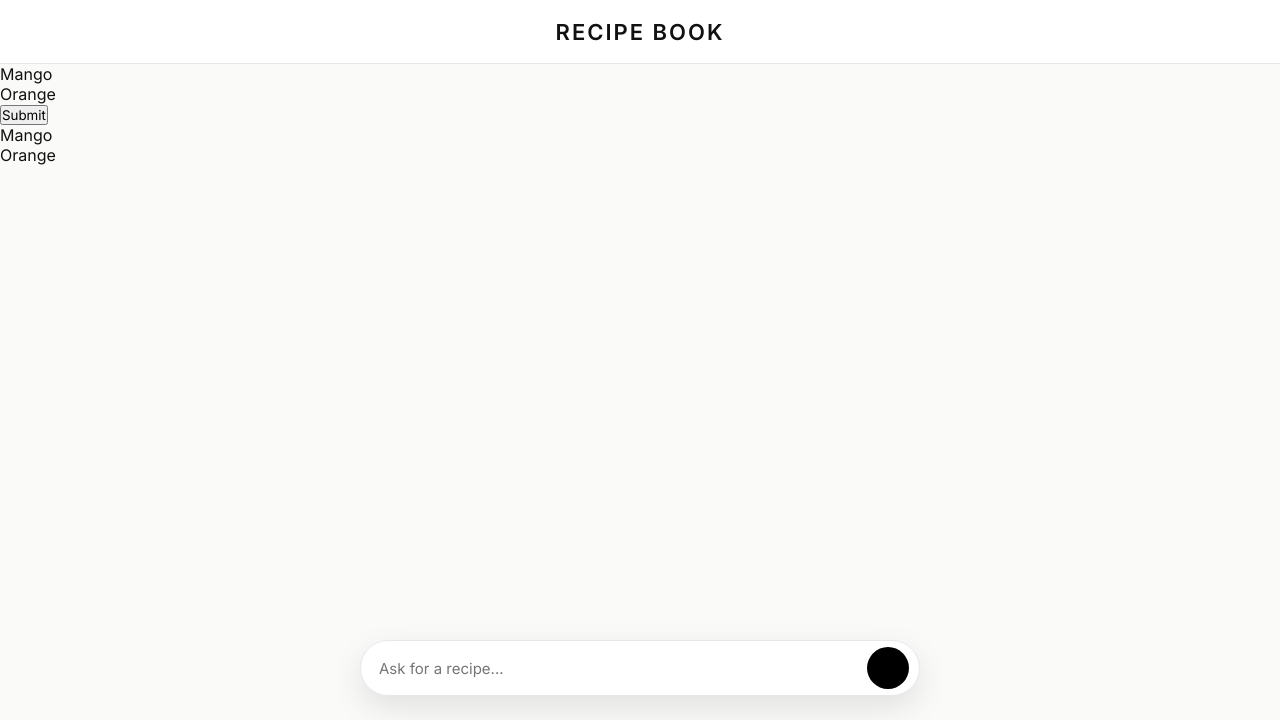
Repository: Tanvir0072309/Recipe-App
Page: /
The author's editor kept a copy of each file at every save. The page is drawn from the files as they stood at one save, then again after the next save.
The browser window is 1280 px wide. The pictures show the whole page.
The project was rebuilt for these pictures with package versions that can differ from the ones it lists, and the page was loaded fresh each time. Also part of the build but not shown: vite.config.js.

Above is the page before, as saved 2026-01-24 15:50:54.

### index.html
<!doctype html>
<html lang="en">
  <head>
    <meta charset="UTF-8" />
    <meta name="viewport" content="width=device-width, initial-scale=1.0" />
    <title>Recipe App</title>
  </head>
  <body>
    <div id="root"></div>
    <script type="module" src="/src/index.jsx"></script>
  </body>
</html>

### src/index.jsx
import React from "react";
import ReactDOM from "react-dom/client";
import { Header } from "./components/header";
import { RecipeInput } from "./components/RecipeInput";
import "./index.css";
import { MyMain } from "./components/main";

const root = ReactDOM.createRoot(document.getElementById("root"));

root.render(
    <React.StrictMode>
        <Header />
        <MyMain />
        <RecipeInput />
    </React.StrictMode>
);

### src/components/header.jsx
import React from "react";
import "../index.css"; // kyunki index.css src me hai

export function Header() {
    return (
        <header className="ai-header">
            <h1 className="app-title">RECIPE BOOK</h1>
        </header>
    );
}

### src/components/RecipeInput.jsx
import { useState } from "react";
import "../index.css";

export function RecipeInput() {
    const [text, setText] = useState("");

    const handleSubmit = (e) => {
        e.preventDefault();
        const data = new FormData(e.target);
        console.log(data.get("ingredient"));
    };

    const ingrediants = ["Mango", "Orange"];

    return (
        <>
            <form onSubmit={handleSubmit}>
                <div className="floating-input">
                    <input
                        type="text"
                        placeholder="Ask for a recipe..."
                        value={text}
                        onChange={(e) => setText(e.target.value)}
                        name="ingredient"
                    />

                    <button type="submit" aria-label="Submit recipe">
                        {/* SVG */}
                    </button>
                </div>
            </form>

            <ul>
                {ingrediants.map((ingrediant) => (
                    <li key={ingrediant}>{ingrediant}</li>
                ))}
            </ul>
        </>
    );
}

### src/index.css
/* ===== GOOGLE FONT ===== */
@import url("https://fonts.googleapis.com/css2?family=Inter:wght@400;500;600;700&display=swap");

/* ===== RESET ===== */
* {
  margin: 0;
  padding: 0;
  box-sizing: border-box;
  font-family: "Inter", system-ui, sans-serif;
}

/* ===== PAGE ===== */
body {
  background: #fafaf8;
  color: #111111;
  min-height: 100vh;
}

/* ===== HEADER ===== */
.ai-header {
  height: 64px;
  width: 100%;
  background: #ffffff;

  display: flex;
  align-items: center;
  justify-content: center;
  gap: 12px;

  border-bottom: 1px solid #e5e7eb;
}

.logo-icon {
  font-size: 20px;
  opacity: 0.85;
}

.app-title {
  font-size: 22px;
  font-weight: 600;
  letter-spacing: 2px;
  text-transform: uppercase;
}

/* ===== FLOATING INPUT ===== */
.floating-input {
  position: fixed;
  bottom: 24px;
  left: 50%;
  transform: translateX(-50%);

  width: min(92%, 560px);
  height: 56px;

  background: #ffffff;
  border: 1px solid #e5e7eb;
  border-radius: 999px;

  display: flex;
  align-items: center;
  padding: 8px 10px 8px 18px;

  box-shadow: 0 12px 32px rgba(0, 0, 0, 0.1);
}

/* ===== INPUT ===== */
.floating-input input {
  flex: 1;
  border: none;
  outline: none;
  font-size: 15px;
  background: transparent;
  color: #111111;
}

/* ===== BUTTON ===== */
.floating-input button {
  width: 42px;
  height: 42px;
  border-radius: 50%;
  border: none;

  background: #000000;
  color: #ffffff;
  font-size: 18px;

  cursor: pointer;
  display: flex;
  align-items: center;
  justify-content: center;
}

.floating-input button:hover {
  opacity: 0.9;
}

### src/components/main.jsx
export function MyMain() {
    const ingrediants = ["Mango", "Orange"]


    const myingrediants = ingrediants.map(ingrediant => (
        <li>{ingrediant}</li>
    ))


    function handleclick(event) {
        event.preventDefault();
        return(
        <h1>hello</h1>)
    }


    return (
        <>
            <form name="myform">
            <ul>{myingrediants}</ul>
            <button onClick={handleclick}>Submit</button>
            </form>
        </>
    );
}

After the next save:
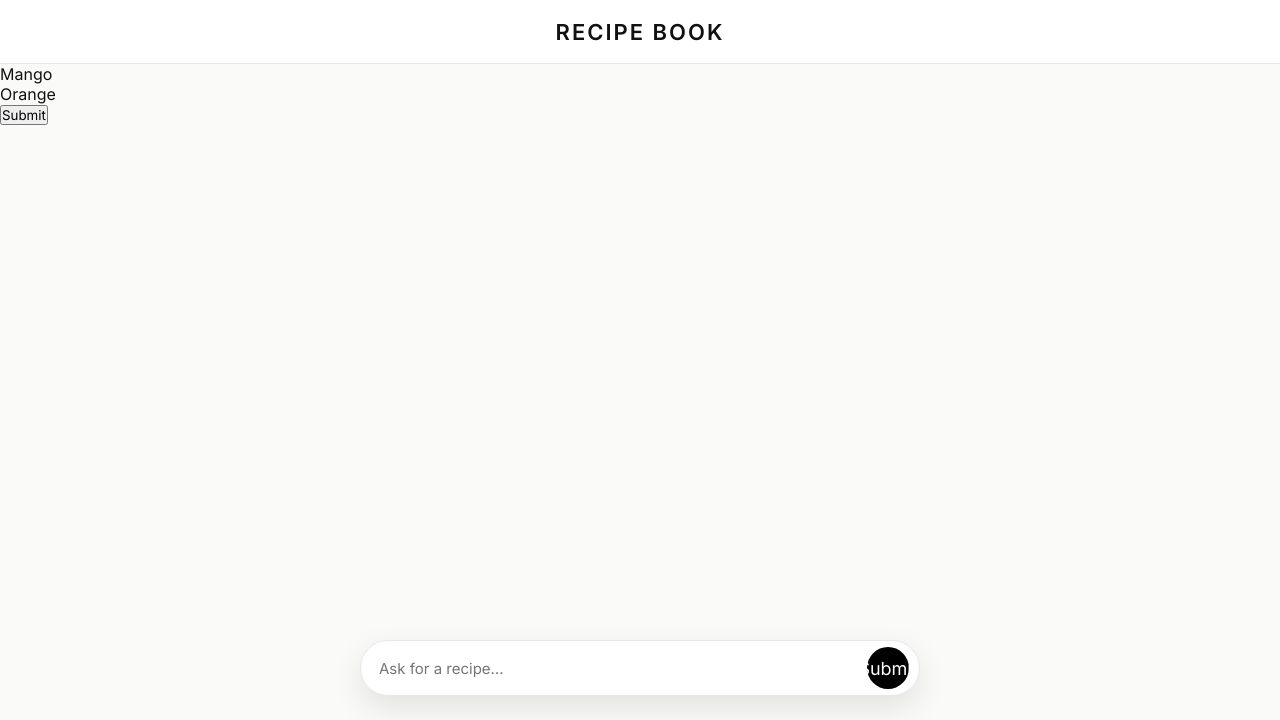
Saved 51 s later.
--- a/src/components/RecipeInput.jsx
+++ b/src/components/RecipeInput.jsx
@@ -6,35 +6,21 @@ export function RecipeInput() {
 
     const handleSubmit = (e) => {
         e.preventDefault();
-        const data = new FormData(e.target);
-        console.log(data.get("ingredient"));
+        console.log("Submitted:", text);
     };
 
-    const ingrediants = ["Mango", "Orange"];
-
     return (
-        <>
-            <form onSubmit={handleSubmit}>
-                <div className="floating-input">
-                    <input
-                        type="text"
-                        placeholder="Ask for a recipe..."
-                        value={text}
-                        onChange={(e) => setText(e.target.value)}
-                        name="ingredient"
-                    />
-
-                    <button type="submit" aria-label="Submit recipe">
-                        {/* SVG */}
-                    </button>
-                </div>
-            </form>
-
-            <ul>
-                {ingrediants.map((ingrediant) => (
-                    <li key={ingrediant}>{ingrediant}</li>
-                ))}
-            </ul>
-        </>
+        <form onSubmit={handleSubmit}>
+            <div className="floating-input">
+                <input
+                    type="text"
+                    name="ingredient"
+                    value={text}
+                    onChange={(e) => setText(e.target.value)}
+                    placeholder="Ask for a recipe..."
+                />
+                <button type="submit">Submit</button>
+            </div>
+        </form>
     );
 }
